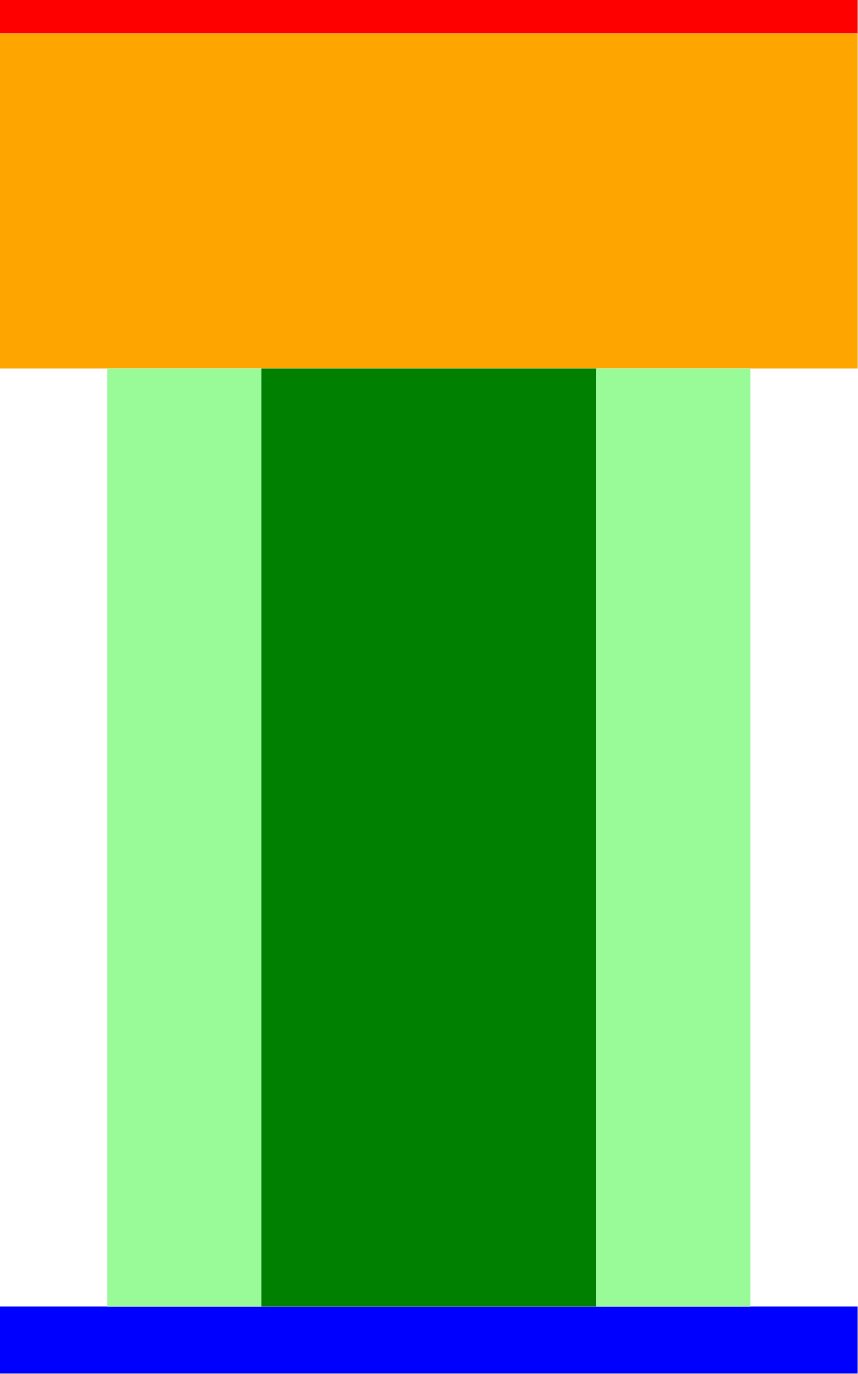
Repository: matsumurashin/flex
Page: chapter4-exercise/chap4.html
The author's editor kept a record of every edit. The page is drawn from the files as they stood at one moment, then again after the next edit.
The browser window is 1280 px wide. The pictures show the whole page, at 67% of full size.

Above is the page before.

After the next edit:
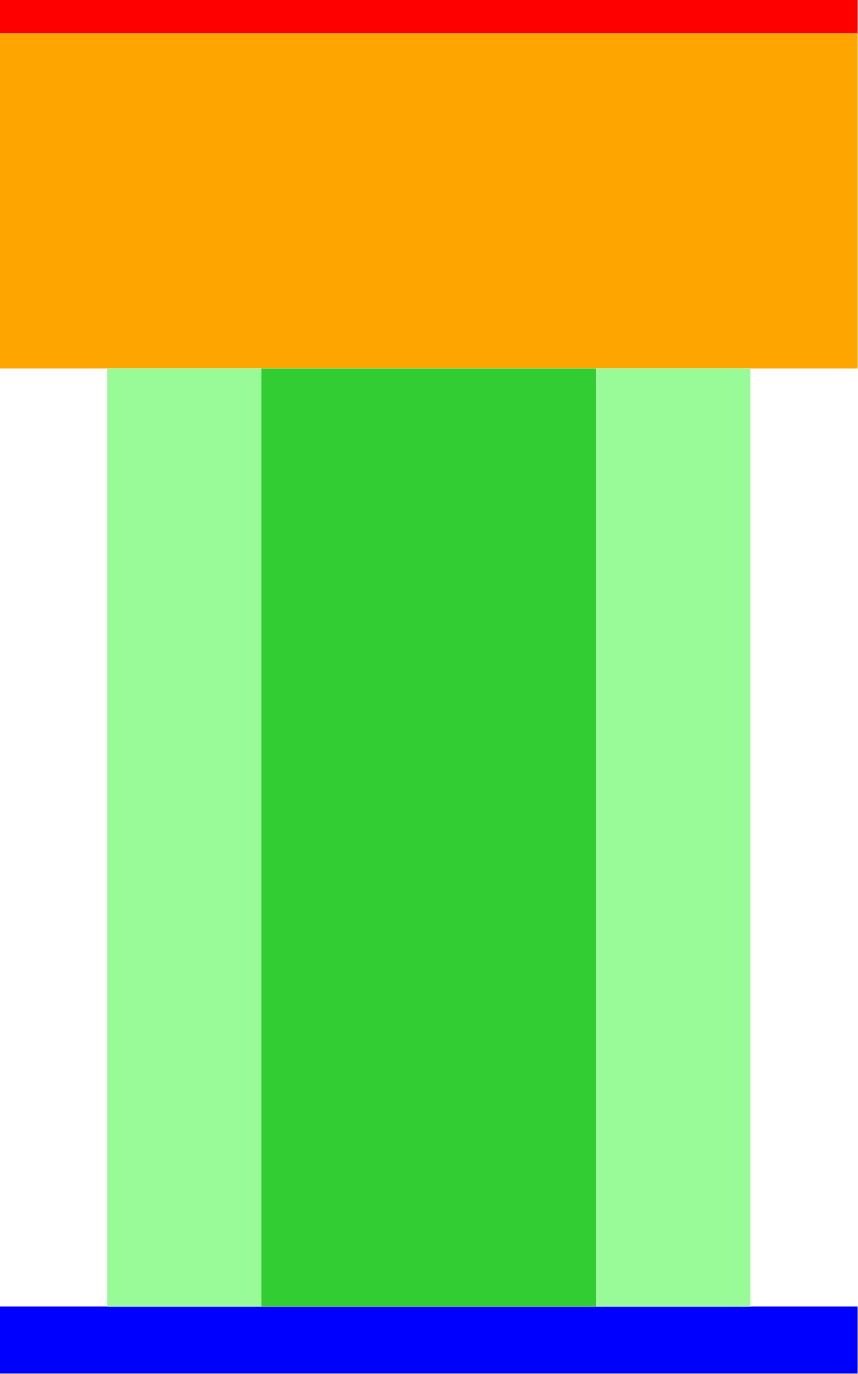
The edit:
--- a/chapter4-exercise/chap4.css
+++ b/chapter4-exercise/chap4.css
@@ -32,7 +32,7 @@
 .blog {
   width: 500px;
   height: 1400px;
-  background-color: green;
+  background-color: limegreen;
 }
 
 .sidebar-right {
